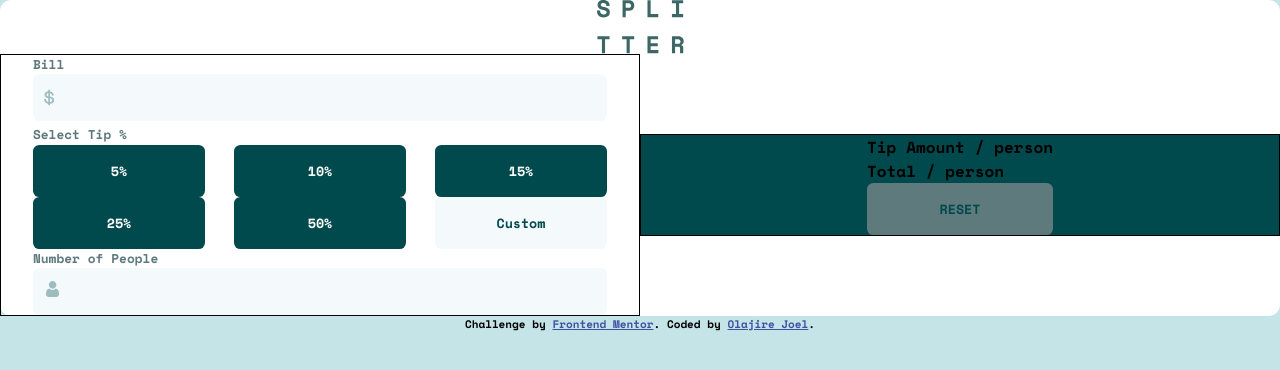
Repository: JuzzJoel/tip-calculator-app-main
Page: index.html
These files come from the project's save history. The page is drawn as it stood at one moment and after a run of saves; the edit follows.
The browser window is 1280 px wide. The pictures show the whole page.

Above is the page before, as saved 2025-05-25 08:02:34.

### index.html
<!DOCTYPE html>
<html lang="en">

<head>
  <meta charset="UTF-8">
  <meta name="viewport" content="width=device-width, initial-scale=1.0">
  <!-- displays site properly based on user's device -->
  <link rel="preconnect" href="https://fonts.googleapis.com">
  <link rel="preconnect" href="https://fonts.gstatic.com" crossorigin>
  <link href="https://fonts.googleapis.com/css2?family=Space+Mono:wght@700" rel="stylesheet">
  <link rel="icon" type="image/png" sizes="32x32" href="./images/favicon-32x32.png">

  <title>Frontend Mentor | Tip calculator app</title>
  <style>
    *,
    *::before,
    *::after {
      box-sizing: border-box;
    }

    * {
      margin: 0;
      padding: 0;
      font-weight: 700;
    }

    :root {
      --Green-900: hsl(183, 100%, 15%);
      --Green-400: hsl(172, 67%, 45%);

      --Grey-500: hsl(186, 14%, 43%);
      --Grey-400: hsl(184, 14%, 56%);
      --Grey-200: hsl(185, 41%, 84%);
      --Grey-50: hsl(189, 47%, 97%);
      --White: hsl(0, 100%, 100%);

      --fw-bold:700;
      --ff:'Space Mono', monospace;
    }

    .attribution {
      font-size: 11px;
      text-align: center;
    }

    .attribution a {
      color: hsl(228, 45%, 44%);
    }

    body {
      width: 100vw;
      height: 100vh;
      font-family: 'Space Mono', monospace;
      font-weight: 700;
      background: var(--Grey-200);
    }
    body *, body > * , button {
      font-weight: 700;
    }
    .container{
      background: var(--White);
      border-radius: 0.7rem;
      display: flex;
      flex-direction: column;
    }
    .logo{
      display: flex;
      justify-content: center;
      align-items: center;
    }
    .calculator{
      display: flex;
      align-items: center;
      justify-content: center;
    }
    .calculator > *{
      min-height: 90%;
      width: 50%;
    }
    .options-container , .tips-container{
      border: 1px solid #000;
      display: flex;
      align-items: center;
      justify-content: center;
    }
    .tips-container{
      background: var(--Green-900);
    }
    .options,.tips{
      width: 90%;
    }
    .tips{

    }
    label{
      font-size: 0.8rem;
      color: var(--Grey-500);
    }
    button{
      padding: 1rem 2rem;
      background: var(--Green-900);
      border: none;
      color: var(--White);
      border-radius: 0.4rem;
      font-weight: 400;
      font-family: var(--ff);
      width: 100%;
    }
    .custom{
background: var(--Grey-50);
color: var(--Green-900);
    }
    .reset{
background: var(--Grey-500);
color: var(--Green-900);
text-transform: uppercase;
    }
    input{
      background: var(--Grey-50); /*grey-50*/
      border: none;
    }
    .row{
      display: flex;
      flex-flow: row wrap;
      justify-content: space-between;
    }
    .row > *{
width: 30%;
    }
    .bill-display,.amt-of-people
    {
      display: flex;
      flex-direction: column;
    }
    .bill-display input,.amt-of-people input
    {position: relative;
      display: flex;
      padding: 1rem 2rem;
      border-radius: 0.4rem;
    }
    .bill-display input:focus,.amt-of-people input:focus
    {outline: none;
      caret-color: currentColor;
    }
    .person-icon,.dollar-icon
    {
position: absolute;
transform: translate(100%,200%);

    }
  </style>
</head>

<body>
  <div class="container">
    <div class="logo">
      <img src="/images/logo.svg" alt="">
    </div>
    <div class="calculator">
      <div class="options-container">
        <div class="options">

          <div class="bill-display">

            <label for="">Bill</label>
            <input type="text">
            <img src="/images/icon-dollar.svg" class="dollar-icon" alt="dollar icon">
          </div>
          <div class="tip-select">
            <label for=""> Select Tip %</label>

        <div class="row">
          <button>5%</button>
          <button>10%</button>
          <button>15%</button>
          <button>25%</button>
          <button>50%</button>
          <button class="custom">Custom</button>
        </div>

          </div>
       <div class="amt-of-people">
        <label for="">     Number of People</label>
        <input type="text">
        <img src="/images/icon-person.svg" class="person-icon" alt="dollar icon">
       </div>

        </div>
      </div>
      <div class="tips-container">
        <div class="tips-display">
          <div class="tip-display-amount">

            Tip Amount
            / person
          </div>

          <div class="tip-display-total">
            Total
            / person
          </div>

          <button class="reset">
            Reset
          </button>

        </div>
      </div>
    </div>
  </div>



  <div class="attribution">
    Challenge by <a href="https://www.frontendmentor.io?ref=challenge" target="_blank">Frontend Mentor</a>.
    Coded by <a href="#">Olajire Joel</a>.
  </div>
</body>

</html>

After the next 2 saves:
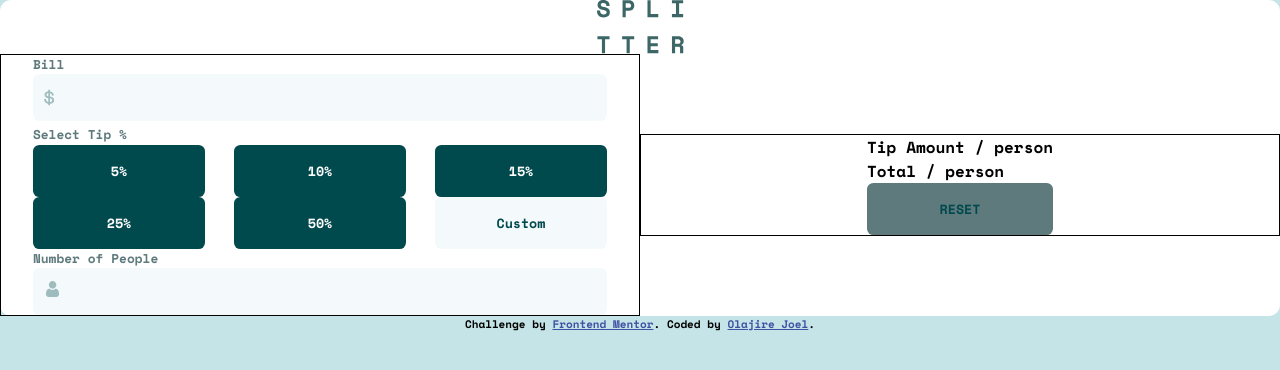
The 2 saves are shown as one change because they came seconds apart.
The last was saved 6 s later.
--- a/index.html
+++ b/index.html
@@ -84,13 +84,13 @@
       justify-content: center;
     }
     .tips-container{
-      background: var(--Green-900);
+
     }
     .options,.tips{
       width: 90%;
     }
     .tips{
-
+      background: var(--Green-900);
     }
     label{
       font-size: 0.8rem;
